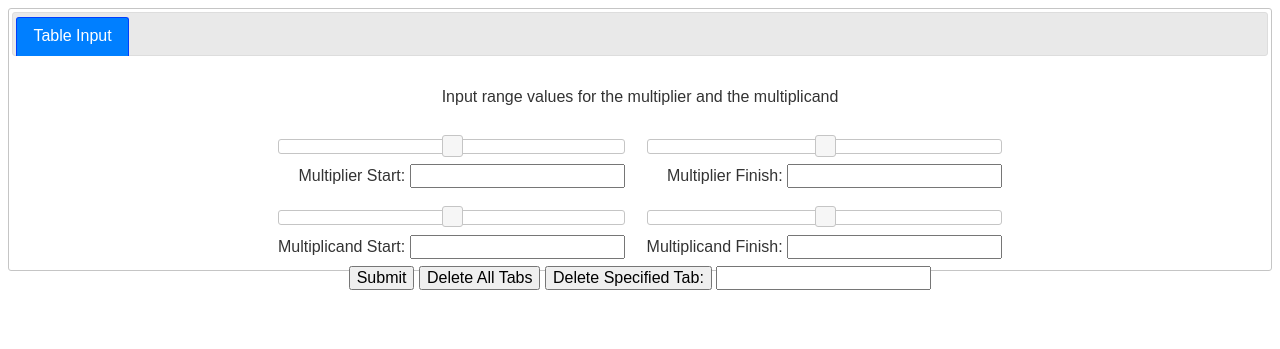
Repository: khrasna/HW4Part2
Page: index.html
An editor plug-in stored every save of this project. The page is shown before and after the next save, followed by the edit.
The browser window is 1280 px wide. The pictures show the whole page.
Some web libraries are served in a nearby version.

Above is the page before, as saved 2021-11-22 16:36:20.

### index.html
<!-- HTML file for Assignment 3
By Karsten Hrasna  email Karsten_Hrasna@student.uml.edu-->
<!DOCTYPE html>
<html>

<head>
    <title>Multiplication Table</title>
    <link rel="stylesheet" href="style.css">
    <script type="text/javascript" src="https://ajax.googleapis.com/ajax/libs/jquery/3.5.1/jquery.min.js"></script>
    <script type="text/javascript" src="dist/jquery.validate.min.js"></script>
    <script type="text/javascript" src="formvalidate.js"></script>
    <script type="text/javascript"
        src="https://ajax.googleapis.com/ajax/libs/jqueryui/1.11.4/jquery-ui.min.js"></script>
    <link rel="stylesheet" href="https://ajax.googleapis.com/ajax/libs/jqueryui/1.11.4/themes/smoothness/jquery-ui.css">
</head>

<body>
    <div id="container">
        <div id="tabs">
            <ul>
                <li><a href='#tab1'>Table Input</a></li>
            </ul>
            <div id="tab1">
                <div id="row1">
                    <p>Input range values for the multiplier and the multiplicand</p>
                    <!-- Learned from W3schools. Creates a form which takes number ranges for multiplier and multiplicand. -->
                    <form id="FormInput" action="javascript:void(0);" method="get">
                        <!--Learned about javascript:void(0) from Dutchie432 at https://stackoverflow.com/questions/1818249/form-with-no-action-and-where-enter-does-not-reload-page-->
                        <table>
                            <tr>

                                <td class="pad">
                                    <div id="slider-1" class="refresh"></div>
                                    Multiplier Start: <input input="text" class="refresh" name="MultiplierStart">
                                </td>

                                <td>
                                    <div id="slider-2" class="refresh"></div>
                                    Multiplier Finish: <input type="text" class="refresh" name="MultiplierFinish">
                                </td>
                            </tr>
                            <tr>
                                <td class="pad">
                                    <div id="slider-3" class="refresh"></div>
                                    Multiplicand Start: <input type="text" class="refresh" name="MultiplicandStart">
                                </td>

                                <td>
                                    <div id="slider-4" class="refresh"></div>
                                    Multiplicand Finish: <input type="text" class="refresh" name="MultiplicandFinish">
                                </td>
                            </tr>
                        </table>
                        <input type="submit" value="Submit">
                        <input type="button" name="clear" value="Delete All Tabs">
                        <input type="button" name="clearx" value="Delete Specified Tab:">
                        <input type="text" name="clearinput">
                        <!--goes directly under form and processes the input to create a mult table-->
                    </form>
                </div>
            </div>
        </div>
    </div>


</body>

</html>

### style.css
/*Created by Karsten Hrasna. email: Karsten_Hrasna@student.uml.edu*/
html,
body {
    height: 97%;
    text-align: center;
}

#slider-1,
#slider-2,
#slider-3,
#slider-4 {
    margin-bottom: 10px;
    margin-top: 10px;
}

div#container {
    display: grid;
    grid-template-columns: auto;
    /* top row of grid holds the form for input, the rest of page holds the multiplication table*/
    grid-template-rows: 40% auto;
    height: 97%;
}

div#tab1 {
    margin: auto;
}

div#row1 {
    grid-row: 4;
}

#multTable {
    margin: auto;
    border-collapse: separate;
    border-spacing: 0;
    /*the dynamically sized multiplication table */
    margin-top: 0px;
    border-bottom: 0px;
    grid-row: 2;

}

input[type=submit] {
    /* submit button under form spaced here */
    margin-top: 0px;
    margin-bottom: 0px;
}

#multTable td,
th {
    border: solid;
    border-color: black;
    min-width: 70px;
    font-size: 30px;
    height: 70px;
}


#multTable th {
    position: sticky;
    top: 0px;
    border-right: solid;
    border-right-color: white;
    border-bottom: solid;
    border-bottom-color: white;
    background-color: black;
    color: white;

}

#multTable th:first-child {
    position: sticky;
    top: 70px;
    left: 0;
}


.sticky {
    position: fixed;
    top: 0px;
    /* get the headers to stay fixed on mult table */
    width: 100%;
}

#multTable tr:first-child th:first-child {
    border: none;
    background-color: white;
}

#multTable p.inputError {
    margin: 0px;
}

form {
    margin-bottom: 0px;
}

table {
    margin-left: auto;
    margin-right: auto;
}

form td {
    text-align: right;
    justify-content: right;
    padding: 5px;
    /*line up the input form textboxes*/
}

form p {
    margin: 0px;
}

td.pad {
    padding-right: 15px;
}

### formvalidate.js
var tabs;

$(function () {
    $("#tabs").tabs();

    $("#slider-1").slider({
        min: -50, //initialize the four sliders to set the values of their respective input boxes
        max: 50,
        slide: function (event, ui) {
            $('input[name="MultiplierStart"]').val(ui.value);
        }
    });
    $("#slider-2").slider({
        min: -50,
        max: 50,
        slide: function (event, ui) {
            $('input[name="MultiplierFinish"]').val(ui.value);
        }
    });
    $("#slider-3").slider({
        min: -50,
        max: 50,
        slide: function (event, ui) {
            $('input[name="MultiplicandStart"]').val(ui.value);
        }
    });
    $("#slider-4").slider({
        min: -50,
        max: 50,
        slide: function (event, ui) {
            $('input[name="MultiplicandFinish"]').val(ui.value);
        }
    });

    $('input[name="MultiplierStart"]').on('keyup', function () { //if the input boxes values are changed, set the slider to that value
        $("#slider-1").slider("option", "value", $('input[name="MultiplierStart"]').val());
    });

    $('input[name="MultiplierFinish"]').on('keyup', function () {
        $("#slider-2").slider("option", "value", $('input[name="MultiplierFinish"]').val());
    });

    $('input[name="MultiplicandStart"]').on('keyup', function () {
        $("#slider-3").slider("option", "value", $('input[name="MultiplicandStart"]').val());
    });

    $('input[name="MultiplicandFinish"]').on('keyup', function () {
        $("#slider-4").slider("option", "value", $('input[name="MultiplicandFinish"]').val());
    });


    $.validator.addMethod("less", function (value, element, params) {
        if (params[0].value == "") {
            return true; // dont want it to say that the start has to be greater than finish if no finish given. instead it will say to give finish value in other error
        } else {
            return this.optional(element) || +value <= +params[0].value;

        } //checks to make sure that the starts are less than the finishes, learned from
    }); // https://jqueryvalidation.org/jQuery.validator.addMethod/

    $.validator.addMethod("checkval", function (value, element) {
        if (value == "") {
            return true; // dont want it to say that the start has to be greater than finish if no finish given. instead it will say to give finish value in other error
        } else {
            return this.optional(element) || +value > 1;

        } //checks to make sure that the starts are less than the finishes, learned from
    });


    $("#FormInput").validate({
        //this makes it so the validator updates the error messages whenever new input is typed.
        //learned about onkeyup at https://www.sitepoint.com/jquery-validation-validate-form-submit/
        rules: {
            MultiplierStart: {
                range: [-50, 50],
                less: $('input[name="MultiplierFinish"]'),
                required: true

            },
            MultiplierFinish: { //rules for form input. makes sure the numbers are in range, and that the fields have input in them.
                required: true,
                range: [-50, 50]
            },

            MultiplicandStart: {
                range: [-50, 50],
                less: $('input[name="MultiplicandFinish"]'),
                required: true
            },

            MultiplicandFinish: {
                range: [-50, 50],
                required: true
            }
        },

        messages: {
            MultiplierStart: {
                required: "Multiplier Start must be a digit between -50 and 50",
                range: "The range of Multiplier Start must stay within -50 and 50",
                less: "The value of Multiplier Start must be less than or equal to Multiplier Finish."
            },

            MultiplierFinish: {
                required: "Multiplier Finish must be a digit between -50 and 50",
                range: "The range of Multiplier Finish must stay within -50 and 50",
            },

            MultiplicandStart: {
                required: "Multiplicand Start must be a digit between -50 and 50",
                range: "The range of Multiplicand Start must stay within -50 and 50",
                less: "The value of Multiplicand Start must be less than or equal to Multiplicand Finish."
            },

            MultiplicandFinish: {
                required: "Multiplicand Finish must be a digit between -50 and 50",
                range: "The range of Multiplicand Finish must stay within -50 and 50",
            }


        },

        errorPlacement: function (error, element) {
            $(error).appendTo($(('#FormInput'))); //place the errors below the form
        },
        errorElement: "p"

    });

    $(".refresh").on("input", function () {
        processHere();
    });

    $(".refresh").on("slide", function () {
        processHere();
    });


    $('input[type="submit"]').on('click', function () { //check if form is valid and process table if true
        $('input[name="clearinput"]').rules('remove');
        if ($("#FormInput").valid()) {
            process();
        }
    });



    $('input[name="clear"]').on("click", function () { //clear all tabs except main tab
        for (var i = 2; i <= tabs; i++) {
            $("#tabs").find("li:not(:first)").remove();
            $("#tabs").tabs('refresh');
        }
        tabs = 1;
    });

    $('input[name="clearx"]').on("click", function () { //clear a specified tab with a range of 2 - number of tabs
        console.log(tabs);
        console.log($("#FormInput").validate().settings.rules);
        $('input[name="clearinput"]').rules('add', {
            digits: true,
            required: true,
            range: [2, tabs],
            checkval: true,

            messages: {
                digits: "Please make your specified tab to be deleted contain only numbers within the indicated range.",
                range: "Please choose a tab between 2 and " + tabs,
                checkval: "Please enter a tab value which is greater than 1.",
                required: "Please enter a value for the Delete Specified Tab value."
            }
        });

        if ($('input[name="clearinput"]').valid()) { //if the specified tab to be removed is valid then remove it
            var removetab = $('input[name="clearinput"]').val();
            $("#tabs").find("li:nth-child(" + removetab + ")").remove();
            $("#tabs").tabs('refresh');

            if (tabs > 1) {
                tabs -= 1;
            }
        }

    })

});

function processHere() {
    var multStart = $('input[name="MultiplierStart"]').val();
    var multFinish = $('input[name="MultiplierFinish"]').val();
    var multiplicandStart = $('input[name="MultiplicandStart"]').val();
    var multiplicandFinish = $('input[name="MultiplicandFinish"]').val();

    //clear old table and create a table with size based on input given
    const rowVals = [];
    const colVals = []; //these will hold the values of the multiplier and multiplicand
    var rows = multFinish - multStart;
    var cols = multiplicandFinish - multiplicandStart;
    tabs = $("#tabs ul li").length + 1; //number of tabs, learned from https://stackoverflow.com/questions/14702631/in-jquery-ui-1-9-how-do-you-create-new-tabs-dynamically
    for (var i = 0; i <= cols; i++) {
        colVals[i] = (+multiplicandStart + +i); //save the values of the numbers being multiplied
    }
    for (var i = 0; i <= rows; i++) {
        rowVals[i] = (+multStart + +i);
    }
    var table = createTable(rows, cols, rowVals, colVals); //create table based on total rows and cols, and top and left are the sets of multipliers and multiplicands
    table.id = "multTable";

}

function process() {
    var multStart = $('input[name="MultiplierStart"]').val();
    var multFinish = $('input[name="MultiplierFinish"]').val();
    var multiplicandStart = $('input[name="MultiplicandStart"]').val();
    var multiplicandFinish = $('input[name="MultiplicandFinish"]').val();

    //clear old table and create a table with size based on input given
    const rowVals = [];
    const colVals = []; //these will hold the values of the multiplier and multiplicand
    var rows = multFinish - multStart;
    var cols = multiplicandFinish - multiplicandStart;
    tabs = $("#tabs ul li").length + 1; //number of tabs, learned from https://stackoverflow.com/questions/14702631/in-jquery-ui-1-9-how-do-you-create-new-tabs-dynamically
    for (var i = 0; i <= cols; i++) {
        colVals[i] = (+multiplicandStart + +i); //save the values of the numbers being multiplied
    }
    for (var i = 0; i <= rows; i++) {
        rowVals[i] = (+multStart + +i);
    }
    var table = createTable(rows, cols, rowVals, colVals); //create table based on total rows and cols, and top and left are the sets of multipliers and multiplicands
    table.id = "multTable";
    //adds list item to tab list with parameters as title
    $("#tabs ul").append("<li><a href='#tab" + tabs + "'>" + multStart + " " + multFinish + " " + multiplicandStart + " " + multiplicandFinish + "</a></li>");
    $("#tabs").append("<div id='tab" + tabs + "'></div>"); //also learned from https://stackoverflow.com/questions/14702631/in-jquery-ui-1-9-how-do-you-create-new-tabs-dynamically
    $("#tab" + tabs).append(table); //adds the table to a new tab
    $("#tabs").tabs("refresh");

}

function createTable(rows, cols, rowVals, colVals) {
    var t = document.createElement('table');
    for (var x = 0; x <= rows + 1; x++) { // rows and cols + 1 to indicate ranges of numbers
        var r = document.createElement('tr');
        t.appendChild(r);
        for (var y = 0; y <= cols + 1; y++) { //creates the cols of the table row by row
            if (y == 0) {
                var c = document.createElement('th'); //create and insert element based on position in table
                c.id = "topHeader";
                if (x != 0) {
                    c.innerHTML = rowVals[x - 1]; // - 1 because it is moved over 1 to the right
                }
            } else if (x == 0) {
                var c = document.createElement('th');
                if (y != 0) {
                    c.innerHTML = colVals[y - 1];
                }
            } else {
                var c = document.createElement('td');
                c.innerHTML = rowVals[x - 1] * colVals[y - 1];
                if (((y % 2) + (x % 2)) == 0 || ((y % 2) + (x % 2)) == 2) { // checker board effect
                    c.style.backgroundColor = "gray";
                }
            }
            r.appendChild(c);
        }
    }
    return t;
}

Loaded but not shown: dist/jquery.validate.min.js (library)

After the next save:
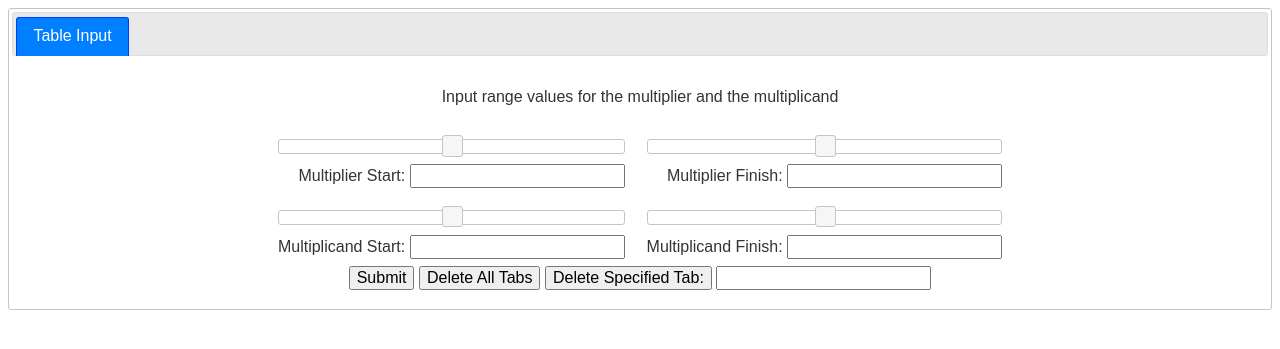
Saved 15 s later.
--- a/style.css
+++ b/style.css
@@ -13,21 +13,14 @@ body {
     margin-top: 10px;
 }
 
-div#container {
+div#tab1 {
     display: grid;
     grid-template-columns: auto;
     /* top row of grid holds the form for input, the rest of page holds the multiplication table*/
-    grid-template-rows: 40% auto;
+    grid-template-rows: 20% 20% 20% 20% 20%;
     height: 97%;
 }
 
-div#tab1 {
-    margin: auto;
-}
-
-div#row1 {
-    grid-row: 4;
-}
 
 #multTable {
     margin: auto;
